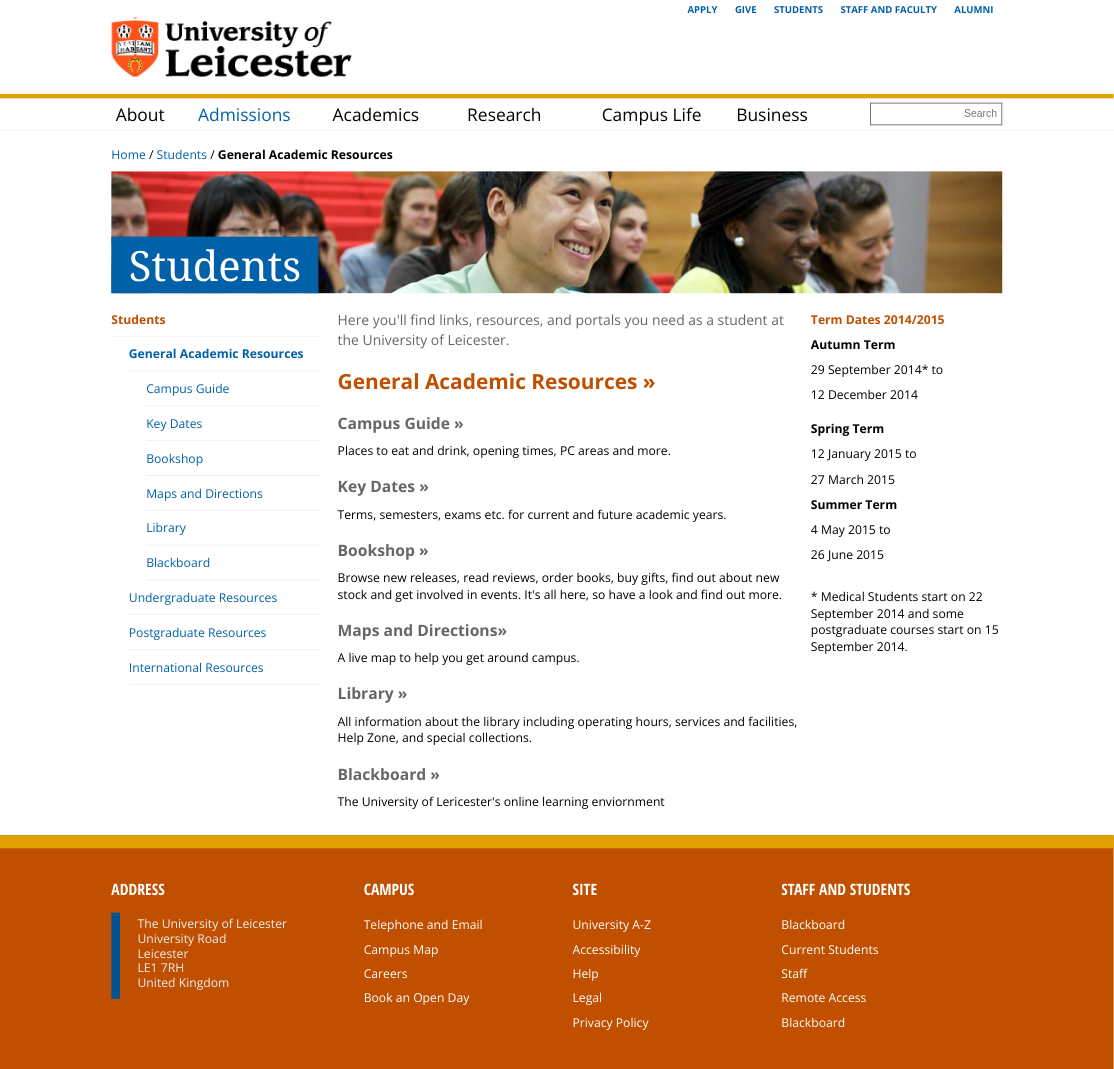
Repository: vqdo/leicester-redesign
Page: students.html
The author's editor kept a record of every edit. The page is drawn from the files as they stood at one moment, then again after the next edit.
The browser window is 1280 px wide. The pictures show the whole page, at 87% of full size.
Some web libraries are served in a nearby version.

Above is the page before.

### students.html
<!DOCTYPE html>

<html>
    <head>
        <meta charset="utf-8">
        <meta name="viewport" content="width=device-width,initial-scale=1.0">
        <title>University of Leicester</title>
        <link href='https://fonts.googleapis.com/css?family=Lora:300%7COpen+Sans+Condensed:700%7COpen+Sans:300,700' rel='stylesheet' type='text/css'>
        <link rel="stylesheet" type="text/css" href="css/master.css">
        <link rel="stylesheet" type="text/css" href="css/users.css">

        <!-- Scripts -->
        <script src="https://code.jquery.com/jquery-1.11.0.min.js"></script>
        <script src="https://code.jquery.com/ui/1.11.2/jquery-ui.min.js"></script>
    </head>
     <body>
        <header>
            <div class="logo-wrapper container">
                <a href="/"><h1 class="logo"><span>University of Leicester</span></h1></a>
            </div>

            <nav class="main-nav">
                <div class="main-nav-titles cf">
                    <div class="container">
                    <ul class="fl">
                        <li class="about-title"><a href="/">About</a></li>
                        <li><a class="active" href="/">Admissions</a></li>
                        <li><a href="/">Academics</a></li>
                        <li><a href="/">Research</a></li>
                        <li><a href="/">Campus Life</a></li>
                        <li><a href="/">Business</a></li>
                    </ul>
                    <!--<input class="searchbox-submit fr" type="submit" value="Go" />                    -->
                    <input class="searchbox fr" type="text" placeholder="Search" />
                    </div>
                </div>

                <div class="main-nav-dropdown">
                    <div class="container">
                        <div class="dropdown about-links">
                            <ul>
                                <li><a href="/">Facts</a></li>
                                <li><a href="/">Visit Us</a></li>
                            </ul>
                        </div>
                        <div class="dropdown admissions-links">
                            <ul>
                                <li><a href="/" color=blue>Undergraduate</a></li>
                                <li><a href="/">Masters</a></li>
                                <li><a href="/">PhD and Doctorate</a></li>
                                <li><a href="/">Distance Learning</a></li>
                                <li><a href="genresources.html">Tuition and Fees</a></li>
                                <li><a href="http://www2.le.ac.uk/study/open-days">Open Day Visits</a></li>
                            </ul>
                        </div>
                        <div class="dropdown academics-links">
                            <ul>
                                <li><a href="http://www2.le.ac.uk/study/ugp">Undergraduate Courses</a></li>
                                <li><a href="http://www2.le.ac.uk/study/postgrad">Postgraduate Courses</a></li>
                                <li><a href="http://www2.le.ac.uk/study/research">Research Degrees</a></li>
                                <li><a href="http://www.le.ac.uk/library">Library</a></li>

                            </ul>
                        </div>
                        <div class="dropdown research-links">
                            <ul>
                                <li><a href="http://www2.le.ac.uk/research/challenges">Global Challenges</a></li>
                                <li><a href="http://www2.le.ac.uk/research/with">Prospective Students</a></li>
                                <li><a href="http://www2.le.ac.uk/research/departmental">Departmental Research</a></li>
                                <li><a href="http://www2.le.ac.uk/research/current-research">Current Research</a></li>
                            </ul>
                        </div>
                        <div class="dropdown campuslife-links">
                            <ul>
                                <li><a href="/">Athletics & Orgs</a></li>
                                <li><a href="/">Dining & Housing</a></li>
                                <li><a href="/">Community</a></li>
                            </ul>
                        </div>
                         <div class="dropdown business-links">
                            <ul>
                                <li><a href="/">Leicester’s Expertise</a></li>
                                <li><a href="/">Consultancy and technical facilities</a></li>
                                <li><a href="/">Business collaborations</a></li>
                                <li><a href="/">Technology Transfer</a></li>
                                <li><a href="/">CPD: professional development and training</a></li>
                            </ul>
                        </div>
                    </div>
                </div>
            </nav>

            <nav class="user-type-nav">
                <ul class="container">
                    <!-- Put links in reverse order -->
                    <li class="link"><a href="/">Alumni</a></li>
                    <li class="link"><a href="/">Staff and Faculty</a></li>
                    <li class="link"><a href="genresources.html">Students</a></li>
                    <li class="link"><a href="/">Give</a></li>
                    <li class="link"><a href="/">Apply</a></li>
                </ul>
            </nav>
        </header>


        <!-- BEGIN CONTENT -->

        <div id="students" class="page-content">
            <div class="container cf">
                <div class="breadcrumbs"><a href="/">Home</a> / <a href="/">Students</a> / <strong>General Academic Resources</strong> </div>
                <h1><span class="page-title">Students</span></h1>
                <nav class="page-navigation">
                    <ul>
                        <li>
                            <h2 class="page-root-link"><a href="/">Students</a></h2>
                            <ul>
                                <li><a class="active" href="genresources.html">General Academic Resources</a></li>
                                    <ul>
                                        <li><a href="/">Campus Guide</a></li>
                                        <li><a href="/">Key Dates</a></li>
                                        <li><a href="/">Bookshop</a></li>
                                        <li><a href="/">Maps and Directions</a></li>
                                        <li><a href="/">Library</a></li>
                                        <li><a href="/">Blackboard</a></li>

                                    </ul>
                                <li><a href="ugresources.html">Undergraduate Resources</a></li>
                                <li><a href="pgresources.html">Postgraduate Resources</a></li>
                                <li><a href="/">International Resources</a></li>

                            </ul>
                        </li>
                    </ul>
                </nav>
                <div class="page-body">
                    <p class="intro">Here you'll find links, resources, and portals you need as a student at the University of Leicester.</p>
                    <h2><a href="students.html">General Academic Resources &raquo;</a></h2>
                    <h3><a href="/">Campus Guide &raquo;</a></h3>
                    <p>Places to eat and drink, opening times, PC areas and more.</p>

                    <h3><a href="/">Key Dates &raquo;</a></h3>
                        <p>Terms, semesters, exams etc. for current and future academic years.</p>

                    <h3><a href="/">Bookshop &raquo;</a></h3>
                        <p>Browse new releases, read reviews, order books, buy gifts, find out about new stock and get involved in events. It's all here, so have a look and find out more.</p>

                    <h3><a href="http://www.le.ac.uk/maps/">Maps and Directions&raquo;</a></h3>
                    <p>A live map to help you get around campus.</p>

                    <h3><a href="/">Library &raquo;</a></h3>

                    <p>All information about the library including operating hours, services and facilities, Help Zone, and special collections.</p>

                    <h3><a href="/">Blackboard &raquo;</a></h3>
                    <p>The University of Lericester's online learning enviornment</p>

                </div>
                <div class="page-sideinfo">
                    <div class="module">
                        <h2>Term Dates 2014/2015</h2>
                        <p><strong>Autumn Term</strong></p>
                        <p>29 September 2014* to
                        <p>12 December 2014</p></p>

                        <p><strong>Spring Term</strong></p>
                        <p>12 January 2015 to</p>
                        <p>27 March 2015</p>

                        <p><strong>Summer Term</strong></p>
                        <p>4 May 2015 to</p>
                        <p>26 June 2015</p>

                        <br><p>* Medical Students start on 22 September 2014 and some postgraduate courses start on 15 September 2014.</p>
                    </div>
                </div>
            </div>
        </div>

        <footer class="cf">
            <div class="container">
                <section class="footer-section large">
                    <h2>Address</h2>
                        <address>

                            The University of Leicester<br>
                            University Road<br>
                            Leicester<br>
                            LE1 7RH<br>
                            United Kingdom<br>
                        </address>
                </section>
                <section class="footer-section">
                    <h2>Campus</h2>
                    <ul>
                        <li><a href="http://www2.le.ac.uk/contact">Telephone and Email</a></li>
                        <li><a href="http://www2.le.ac.uk/maps">Campus Map</a></li>
                        <li><a href="http://www.le.ac.uk/help/access">Careers</a></li>
                        <li><a href="http://www2.le.ac.uk/study/open-days">Book an Open Day</a></li>
                    </ul>
                </section>
                <section class="footer-section">
                    <h2>Site</h2>
                    <ul>
                        <li><a href="http://www2.le.ac.uk/indexes">University A-Z</a></li>
                        <li><a href="http://www.le.ac.uk/help/access">Accessibility</a></li>
                        <li><a href="http://www.le.ac.uk/help">Help</a></li>
                        <li><a href="http://www.le.ac.uk/legal">Legal</a></li>
                        <li><a href="http://www.le.ac.uk/legal/privacy-policy">Privacy Policy</a></li>
                    </ul>
                </section>
                <section class="footer-section">
                    <h2>Staff and Students</h2>
                    <ul>
                        <li><a href="/">Blackboard</a></li>
                        <li><a href="/">Current Students</a></li>
                        <li><a href="/">Staff</a></li>
                        <li><a href="/">Remote Access</a></li>
                        <li><a href="/">Blackboard</a></li>
                    </ul>
                </section>
            </div>
        </footer>

        <script src="js/master.js"></script>
    </body>
</html>

### css/users.css
/************************************************************
 * Master css file for the University of Leicester redesign.
 * COGS 187A - Fall 2014
 * Victoria Do, Nancy Acosta, Tanya Zhang
 ************************************************************/

/**
 * CSS reset
 */
/* http://meyerweb.com/eric/tools/css/reset/
   v2.0 | 20110126
   License: none (public domain)
*/

html, body, div, span, applet, object, iframe,
h1, h2, h3, h4, h5, h6, p, blockquote, pre,
a, abbr, acronym, address, big, cite, code,
del, dfn, em, img, ins, kbd, q, s, samp,
small, strike, strong, sub, sup, tt, var,
b, u, i, center,
dl, dt, dd, ol, ul, li,
fieldset, form, label, legend,
table, caption, tbody, tfoot, thead, tr, th, td,
article, aside, canvas, details, embed,
figure, figcaption, footer, header, hgroup,
menu, nav, output, ruby, section, summary,
time, mark, audio, video {
	margin: 0;
	padding: 0;
	border: 0;
	font-size: 100%;
	font: inherit;
	vertical-align: baseline;
}
/* HTML5 display-role reset for older browsers */
article, aside, details, figcaption, figure,
footer, header, hgroup, menu, nav, section {
	display: block;
}
body {
	line-height: 1;
	font: 14px "Open Sans", Arial, sans-serif;

}
ol, ul {
	list-style: none;
}
strong {
    font-weight: bold;
}
blockquote, q {
	quotes: none;
}
blockquote:before, blockquote:after,
q:before, q:after {
	content: '';
	content: none;
}
table {
	border-collapse: collapse;
	border-spacing: 0;
}

/*********************** END RESET *************************/

/**
 * Inline / Text
 */

a {
    color:  #0061A9;
    text-decoration: none;
}
a:hover {
    text-decoration: underline;
}

/**
 * Structural / Block
 */
body {
    background: #fff;
}
header {
    margin: 0 0 60px 0;
}
.container {
    width: 100%;
    max-width: 1024px;
    margin: 0 auto;

}
.logo-wrapper {
    padding: 20px 0;
}
.logo {
    background: url('../img/logo-sprite.png');
    background-position: 0 205px;
    width: 276px;
    height: 68px;
}
.logo span {
    opacity: 0;
}

/**
 * Main Navigation
 */
 .searchbox {
     border: 1px solid #666;
     color: #666;
     padding: 2px 5px;
     width: 140px;
     height: 20px;
     font: normal 12px Arial, sans-serif;
     margin-top: 5px;
     text-align: right;
 }
 /*.searchbox-submit {*/
 /*    background: transparent;*/
 /*    color: #f6a04d;*/
 /*    border: 0;*/
 /*    font: bold 14px Arial, sans-serif;*/
 /*    line-height: 30px;*/
 /*}*/

.main-nav li, .user-type-nav li {
     display: inline-block;

 }
.main-nav {
    width: 100%;
    z-index: 10;
    position: absolute;
}
.main-nav-titles {
    background: #FFF /* #0061A9*/;
    background-clip: padding-box;
    border-top: 5px solid #E1A200;
    border-bottom: 1px solid #eee;
}
.main-nav-titles li {
    border-right: 1px solid rgba(255, 255, 255, 0.2);
    color: #FFF;
    /*font: normal 24px Lora, serif;*/
    height: 36px;
    text-align: left;
    width: 145px;
    padding: 0 0 0 5px;
    /*text-shadow: 0 0 1px rgba(0, 0, 0, 0.5);*/
}
.main-nav-titles a {
    color: #000;
    font-family: "Open Sans", Arial, sans-serif;
    font-size: 20px;
    line-height: 38px;
}
.main-nav-titles .active {
    color:  #0061A9;
}
.main-nav.expanded {
    margin: 0;
}
.main-nav.expanded .main-nav-titles {
    border-top: 5px #E1A200 solid;
    background: #FFF !important;
   /* border-bottom: 1px solid #CCC;*/
}
.main-nav.expanded .main-nav-titles a {
    color: #000 /*#f9423a*/ !important;
    text-shadow: none;
}
.main-nav.expanded .main-nav-titles li {
    border-right: 1px solid #eee;
}
.main-nav li:hover {
    /* TODO: main nav hover effect */
    text-decoration: underline;
}
/* adjust About column width */
.main-nav-titles .about-title {
    width: 85px;
    text-align: left;
}

/** Main navigation dropdown **/
.main-nav-dropdown {
    background: rgba(255, 255, 255, 0.9);
    box-shadow: 0 1px 2px rgba(0, 0, 0, 0.2);
    color: #333;
    display: none;
    height: 180px;
    width: 100%;
    overflow: hidden;
}
.main-nav-dropdown .container {
    height: 100%;
}
.main-nav-dropdown .dropdown {
    height: 100%;
    float: left;
    width: 134px;
    padding: 10px 10px;
}
.dropdown {
    border-right: 1px dotted #DDD;
    display: block;
    height: 100%;
}
.dropdown:last-child, .main-nav-titles li:last-child {
    border: none !important;

}
.main-nav-dropdown li {
    display: block;
    padding: 4px 0;
}
.main-nav-dropdown .about-links {
    width: 80px;
    padding: 10px 5px;
}
.main-nav-dropdown a {
    display: block;
    font: normal 12px Arial, sans-serif;
    width: 100%;
}

/*************************
 * User type navigation
 *************************/
.user-type-nav {
    position: absolute;
        top: 0;
    width: 100%;
    box-shadow: 0 0 1px rgba(255, 255, 255, 0.3);
}
.user-type-nav li {
    float: right;
    padding-right: 10px;
}
.user-type-nav li:first-child {
    padding-right: 0;
}
.user-type-nav li:hover {
    text-decoration: overline, underline;
}
.user-type-nav a {
    /*color: #FFF;*/
    text-transform: uppercase;
    font-size:11px;
    font-weight:bold;
    padding-right: 10px;


}
/*************************
 * Footer
 *************************/
 footer {
     background: #C04F00;
     border-top: 15px solid #e1a200;
     color: #FFF;
     padding: 20px 0 40px 0;
 }
 footer a {
     color: #FFF;
 }
 footer a:hover {
     text-decoration: underline;
 }
 footer address {
     border-left: 10px solid  #005391;
     font-size: 14px;
     line-height: 1.2;
     color: #EEE;
     padding: 5px 0 10px 20px;
     /*margin: 0 10px 20px 10px;*/
 }

 footer .address:hover {
     text-decoration: none;
 }
 footer section {
     color: #C04F00;
     font: 14px "Open Sans", Arial, sans-serif;
     float: left;
     line-height: 2;
     margin: 0 40px 0 0;
     width: 200px;
 }
 footer section.large {
     width: 250px;
 }
 footer h2 {
     /*border-bottom: 1px solid #004578;     */
     color: #FFF;
     font: 18px "Open Sans Condensed", Arial, sans-serif;
     padding: 5px 0;
     margin: 10px 0;
     text-transform: uppercase;
 }

/**
* Info page styles */
.breadcrumbs {
  /*margin: 10px 0;*/
}
.page-content {
    padding: 0 0 20px 0;
}
.page-content h1 {
  color: #FFF;
  font: normal 48px Lora, Georgia, sans-serif;
  width: 100%;
  height: 140px;
  margin: 10px 0;
  position: relative;
}
.page-title {
  background: #0061A9;
  padding: 0 20px;
  position: absolute;
      bottom: 0;
}
/***********************************
 * Side pages
 ***********************************/
.page-content p {
    padding: 0 0 10px 0;
}

/* Page Navigation */
.page-root-link a {
    color: #C04F00;
    font-weight: bold;
}
.page-navigation {
  float: left;
  width: 240px;
  padding-right: 20px;
}
.page-navigation ul {
    padding: 0 0 0 20px;
}
.page-navigation ul:first-child {
    padding: 0;
}
.page-navigation li a {
    display: block;
    padding: 10px 0;
    border-bottom: 1px solid #EEE;
}
.page-navigation li a:hover {
    color: #C04F00;
}
.page-navigation a.active {
    font-weight: bold;
}

.page-navigation a:hover, p a:hover {
    text-decoration: underline;
}
/** Page body styles **/

.page-body {
  float: left;
  width: 530px;
}
.page-body h2, .page-body h3 {
    padding: 10px 0;
}
.page-body h2 {
    font: bold 24px "Open Sans", Arial, sans-serif;
}
.page-body h3 {
    font: bold 18px "Open Sans", Arial, sans-serif;
}
.page-body h2 a, .page-body h2 {
    color: #C04F00;
}
.page-body h3 a, .page-body h3 {
    color: #666;
}
.page-body .intro {
    padding-top: 10px;
    color: #666;
    font-size: 16px;
}

/**
 * Right sidebar information */

.page-sideinfo {
  float: right;
  width: 220px;
}
.page-sideinfo .module h2 {
    color: #C04F00;
    font-weight: bold;
    padding: 10px 0;
}

a.box-link {
     border: 1px solid #0061A9;
     color: #0061A9;
     font: normal 16px "Open Sans", Arial, sans-serif;
     display: inline-block;
     padding: 15px;
     margin: 10px;
}
.box-link:hover {
    background: #0061A9;
    color: #FFF;
    text-decoration: none ;
}
#tuition-and-aid h1, #tuition-and-aid-international h1 {
  background: url('../img/studentmag_finance.jpg');
  background-size: cover;
}
#tuition-and-aid-international td {
    padding: 10px;
}
#tuition-and-aid-international td:first-child {
    width: 150px;
}

#students h1{
  background: url('../img/students2.jpg');
  background-size: cover;
}
#pgstudents h1{
  background: url('../img/pgstudents.jpg');
  background-size: cover;
}



/**
 * Utility
 */
.fr {
    float: right;
}
.fl {
    float: left;
}
/**
 * For modern browsers
 * 1. The space content is one way to avoid an Opera bug when the
 *    contenteditable attribute is included anywhere else in the document.
 *    Otherwise it causes space to appear at the top and bottom of elements
 *    that are clearfixed.
 * 2. The use of `table` rather than `block` is only necessary if using
 *    `:before` to contain the top-margins of child elements.
 */
.cf:before,
.cf:after {
    content: " "; /* 1 */
    display: table; /* 2 */
}

.cf:after {
    clear: both;
}

/**
 * For IE 6/7 only
 * Include this rule to trigger hasLayout and contain floats.
 */
.cf {
    *zoom: 1;
}

Loaded but not shown: js/master.js (55 lines, source omitted); css/master.css (479 lines, source omitted)

After the next edit:
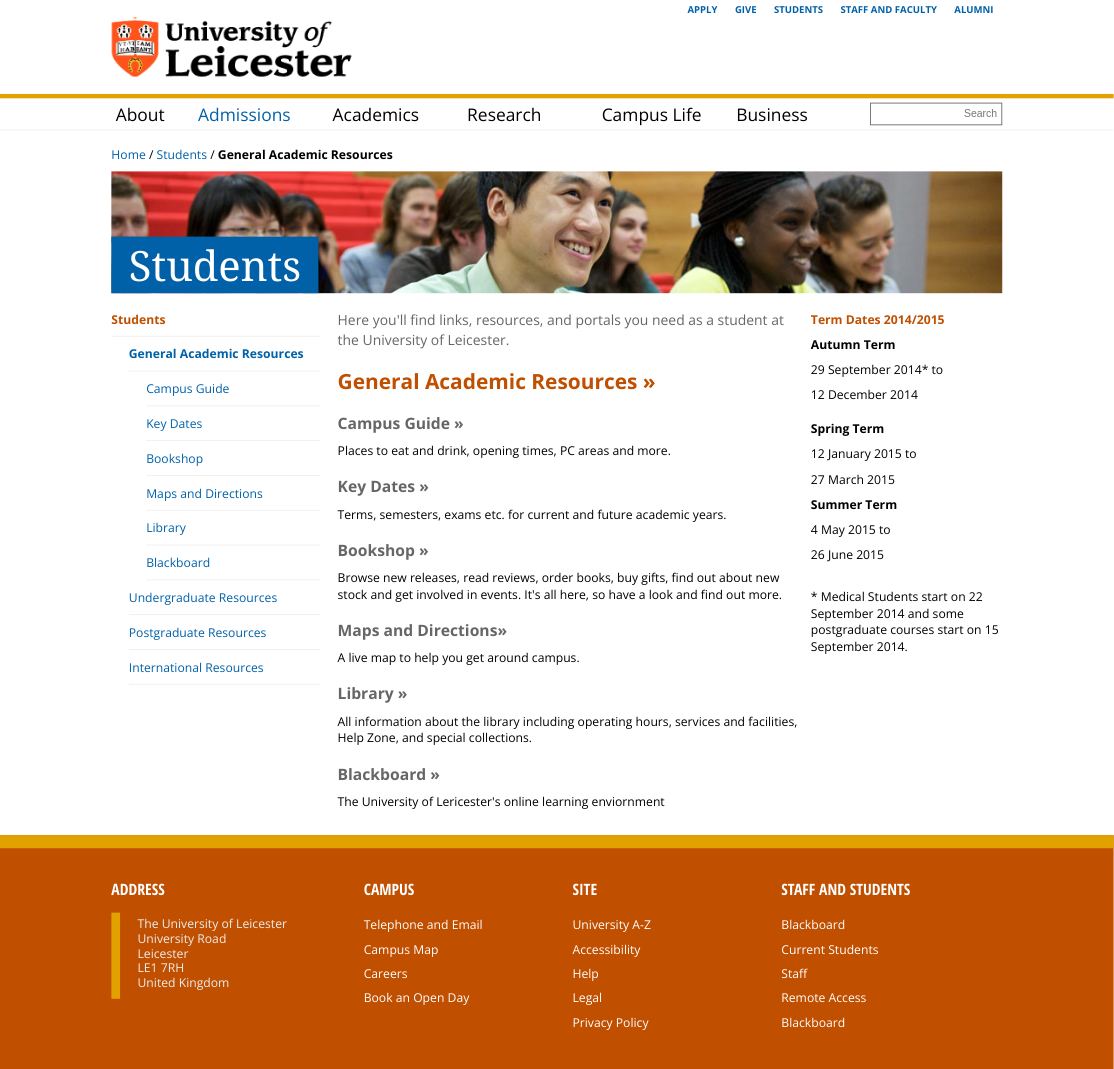
The edit:
--- a/css/users.css
+++ b/css/users.css
@@ -269,7 +269,7 @@
      text-decoration: underline;
  }
  footer address {
-     border-left: 10px solid  #005391;
+     border-left: 10px solid  #e1a200;
      font-size: 14px;
      line-height: 1.2;
      color: #EEE;
